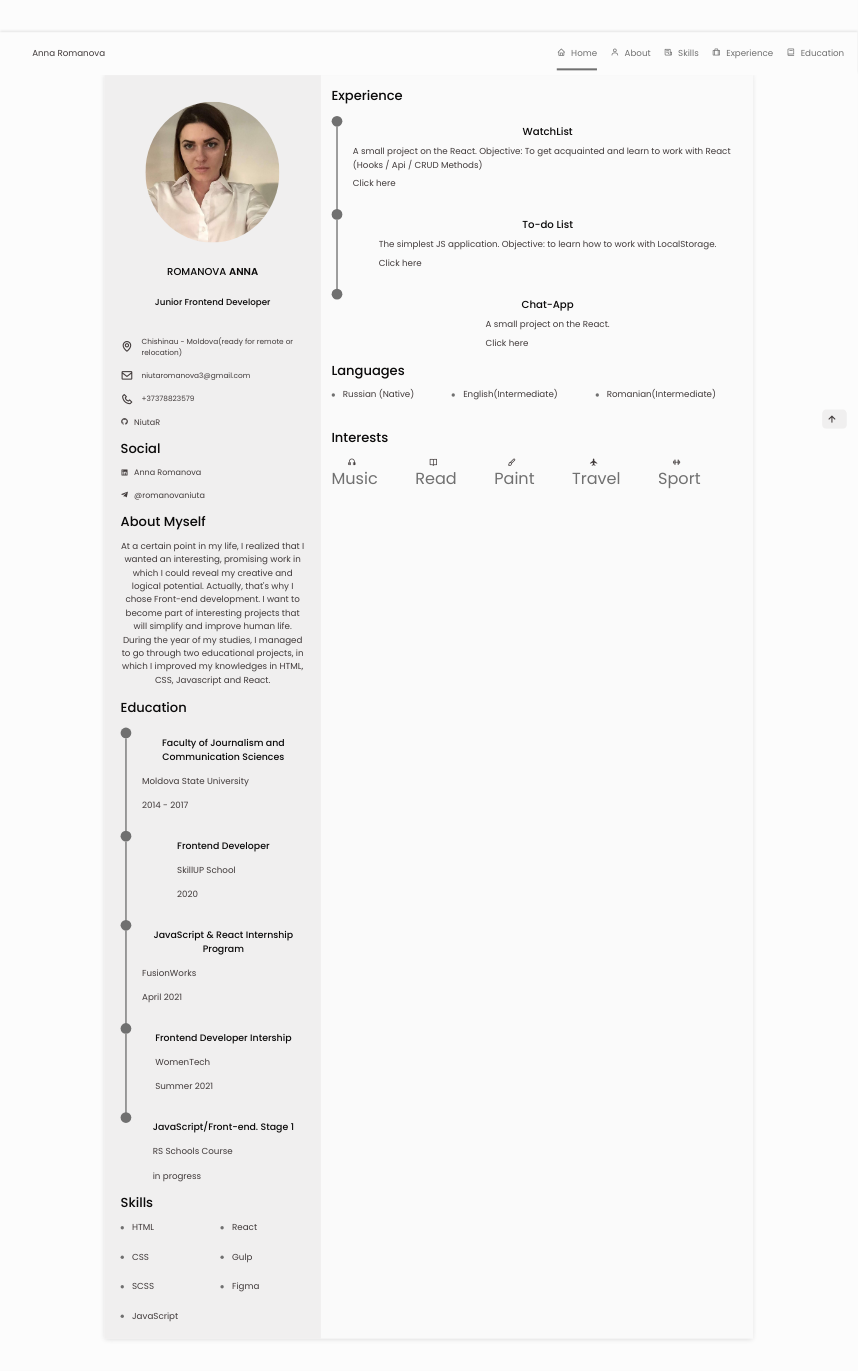
Repository: NiutaR/rsschool-cv
Page: index.html
These files come from the project's save history. The page is drawn as it stood at one moment and after the next save; the edit follows.
The browser window is 1280 px wide. The pictures show the whole page, at 67% of full size.

Above is the page before, as saved 2021-09-19 19:33:20.

After the next save:
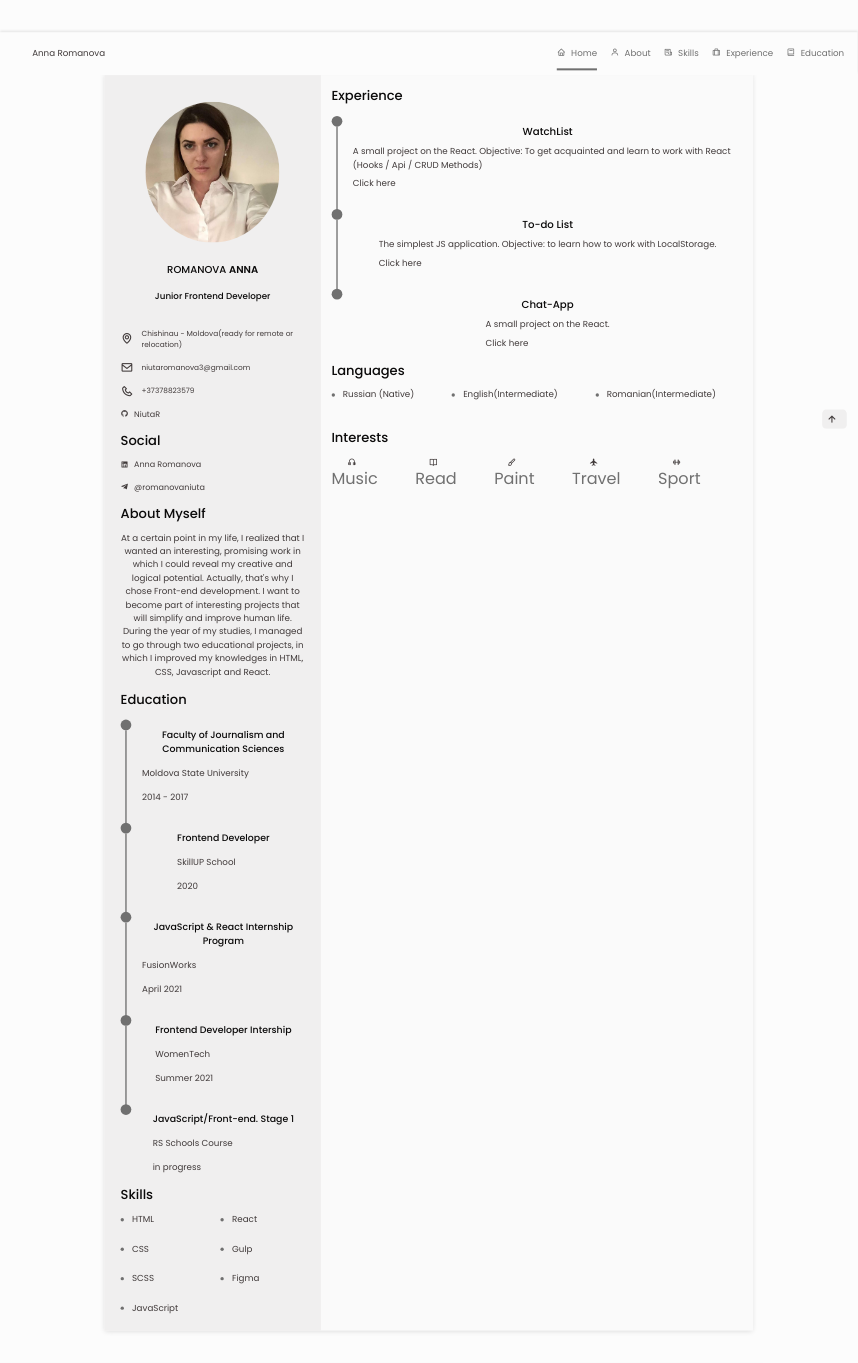
Saved 12 s later.
--- a/src/style.css
+++ b/src/style.css
@@ -75,7 +75,7 @@ body.scale-cv {
     gap: 1.5rem;
 }
 .scale-cv .home__data {
-    gap: ;
+    gap: .25rem;
 }
 body {
     margin: 0 0 var(--header-height) 0;
